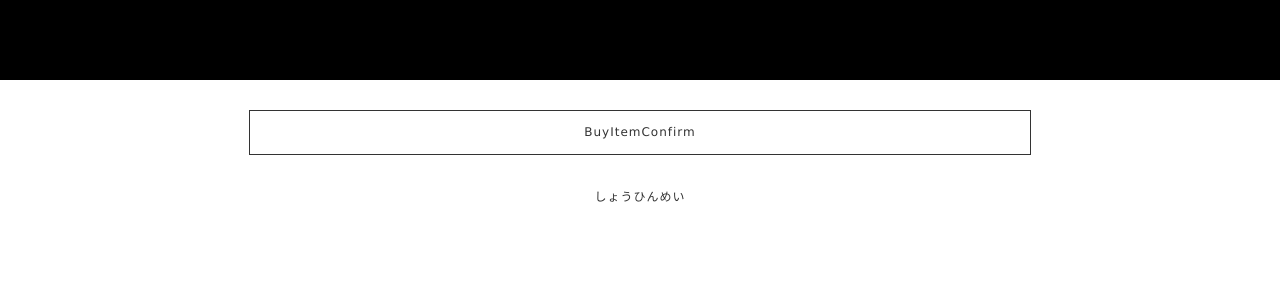
Repository: hagihara-eisuke01/Ecsite
Page: http://localhost/template/buyItemConfirm.jsp
An editor plug-in stored every save of this project. The page is shown before and after the next save, followed by the edit.
The browser window is 1280 px wide. The pictures show the whole page.
The page is served by Tomcat 9. Other server files are loaded and not shown.

Above is the page before, as saved 2019-12-12 15:43:54.

### template/WebContent/buyItemConfirm.jsp
<%@ page language="java" contentType="text/html; charset=UTF-8"
    pageEncoding="UTF-8"%>
<%@ taglib prefix="s" uri="/struts-tags" %>
<!DOCTYPE html>
<html>
<head>
<meta charset="UTF-8">
<link rel="stylesheet" type="text/css" href="./css/style.css">
<title>BuyItemConfirm画面</title>
</head>
<body>

<div id="header"></div>
<div id="main">
  <div id="top">
    <p>BuyItemConfirm</p>
  </div>
  <div>
    <s:form action="BuyItemConfirmAction">
      <table>
        <tr>
          <td>しょうひんめい</td>
        </tr>
      </table>
    </s:form>
  </div>
</div>

</body>
</html>

### template/WebContent/css/style.css
body{
	margin:0;
	padding:0;
	line-height:1.6;
	letter-spacing:1px;
	font-family:verdana, Helvetica, sans-serif;
	font-size:12px;
	color:#333;
	background:#fff;
}

table{
	text-align:center;
	margin:0 auto;
}

#top{
	width:780px;
	margin:30px auto;
	border:1px solid #333;
}

#header{
	width:100%;
	height:80px;
	background-color:black;
}

#main{
	width:100%;
	height:500px;
	text-align:center;
}

#footer{
	width:100%;
	height80px;
	background-color:black;
	clear:both;
}

After the next save:
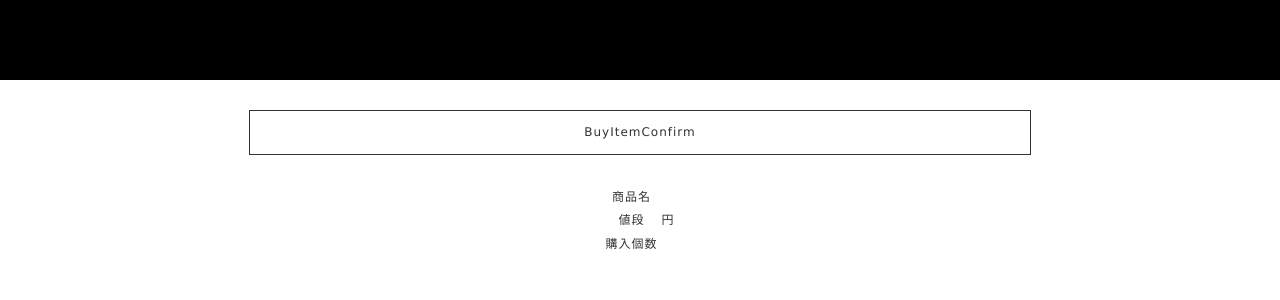
Saved 3 min 11 s later.
--- a/template/WebContent/buyItemConfirm.jsp
+++ b/template/WebContent/buyItemConfirm.jsp
@@ -19,7 +19,18 @@
     <s:form action="BuyItemConfirmAction">
       <table>
         <tr>
-          <td>しょうひんめい</td>
+          <td>商品名</td>
+          <td><s:property value="session.buyItem_name"/></td>
+        </tr>
+        <tr>
+          <td>値段</td>
+          <td>
+            <s:property value="session.buyItem_price"/>
+              <span>円</span>
+          </td>
+        </tr>
+        <tr>
+          <td>購入個数</td>
         </tr>
       </table>
     </s:form>
